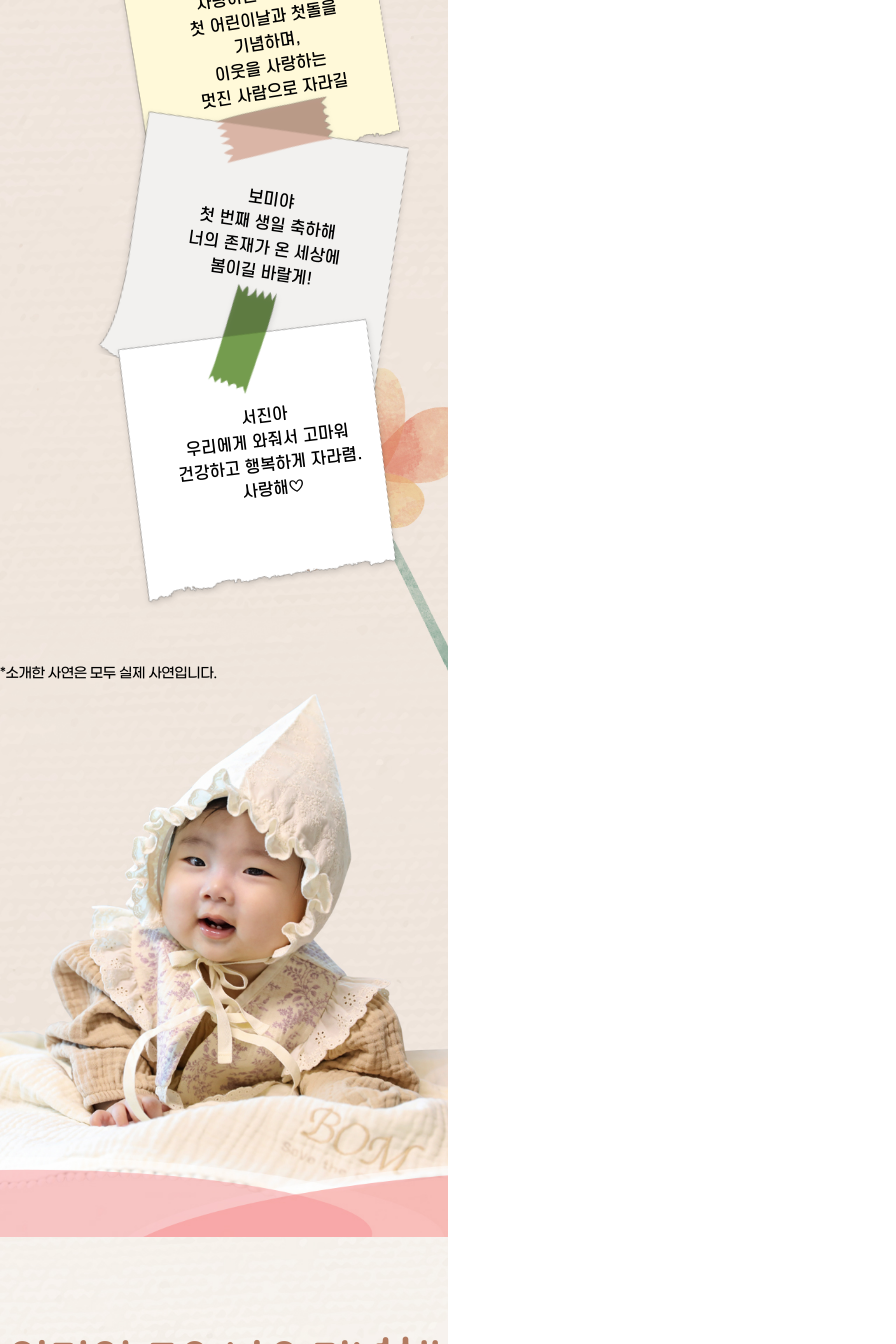
Repository: dlgywls1130/save_children_m
Page: index.html
An editor plug-in stored every save of this project. The page is shown before and after the next save, followed by the edit.
The browser window is 1280 px wide. The pictures show the part of the page from y = 1973 to 3893 px (the page is 9658 px tall), at 70% of full size.

Above is the page before, as saved 2023-12-13 19:13:13.

### index.html
<!DOCTYPE html>
<html lang="en">
<head>
    <meta charset="UTF-8">
    <meta name="viewport" content="width=device-width, initial-scale=1.0">
    <title>세이브더칠드런</title>

    <link rel="stylesheet" href="./css/reset.css">
    <link rel="stylesheet" href="./css/style.css">

</head>
<body>
    <div class="content_body">
        <section class="section_wrapper section01">
            <div class="se01 se_wrapper">
                <div class="se01_sub">
                    <div class="sub_logo">
                        <img src="./img/logo01.png" alt="logo">
                    </div>
                    <p>우리 아기 좋은 날 기부</p>
                </div>
                <p class="seo01_title">
                    아가야,
                </p>
                <p class="seo01_title_two">
                    너의 <span id="rollingText">탄생</span> 순간을 축하해!
                </p>
                <p class="section_descript mb-45">
                    아이의 건강과 행복을
                    <br>바라는 마음을 담아,
                    <br>탄생, 백일, 첫 걸음마, 첫돌 등
                    <br>내 아이의 소중한 순간을
                    <br>기부로 기념해보세요.
                    <br>함께 자라나는 다른 아이들
                    <br>에게도 큰 축복이 됩니다..
                </p>

                <a class="donation_link" href="javascript:void(0)">우리 아기 좋은 날 기부</a>
            </div>
        </section>
        <section class="section_wrapper section02">
            <div class="se02 se_wrapper">
                <div class="postit_wrapper">
                    <div class="postit postit01">
                        <p>우리 아들 우현이의<br>
                        200일을 축하해.<br>
                        건강하게 자라줘서 고마워 ❤<br>
                        늘 사랑받고 받은 사랑만큼<br>
                        베풀 수 있는 건강하고<br>
                        멋진 아들이 되길 바래!</p>
                    </div>
                    <div class="postit postit02">
                        <p>우리 새로아<Br>
                        백일 동안 무럭무럭 자라줘서<Br>
                        고마워~앞으로도 건강하고<Br>
                        우리 같이 재미있게 많이 놀자.<Br>
                        엄마,아빠가 많이 사랑해.</p>
                    </div>

                    <div class="postit postit05">
                        <p>사랑하는 도현이의<br>
                        첫 어린이날과 첫돌을<br>
                        기념하며, <br>
                        이웃을 사랑하는<br>
                        멋진 사람으로 자라길</p>

                    </div>
                    <div class="postit postit04">
                        <p>보미야<br>
                        첫 번째 생일 축하해<br>
                        너의 존재가 온 세상에<br>
                        봄이길 바랄게!   </p>
                    </div>

                    <div class="postit postit03">
                        <p>서진아<br>
                        우리에게 와줘서 고마워<br>
                        건강하고 행복하게 자라렴.<br>
                        사랑해♡      </p>
                    </div>

                </div>
                <p class="ex_text">*소개한 사연은 모두 실제 사연입니다.</p>

            </div>
        </section>
        <section class="section_wrapper section03">
            <div class="se_wrapper se03">
                <div class="se_title_co">
                    아기의 좋은 날을 기념해 주신 모든 분들께
                    <br>후원감사증서를 보내드립니다.
                </div>
                <div class="se_sub_co">
                    후원감사증서는 아기에게 남기고 싶은 메시지와 아기의 좋은 날이 담긴 사진을 보관할 수 있도록
                    <br>만들어드립니다. 먼 훗날, 아기가 성장해 읽게 될 날을 그리며 편지를 써보세요.
                </div>
            </div>

        </section>
        <section class="section_wrapper section04">
            <div class="se_wrapper se04">
                <div class="se_title_co">
                    이름 자수 순면거즈블랭킷
                </div>
                <div class="se_sub_co">
                    30만원 이상 후원하신 분들께는 순면 거즈 아기 블랭킷(90*110)에
                    <Br>원하시는 이름(영문)을 예쁘게 수놓아 드립니다.
                </div>

                <div class="se04_slide mt-85">
                    <div class="se04_slide_list">
                        <img src="./img/slide01.jpg">
                    </div>
                    <div class="se04_slide_list">
                        <img src="./img/slide02.jpg">
                    </div>
                    <div class="se04_slide_list">
                        <img src="./img/slide03.jpg">
                    </div>
                </div>
            </div>
        </section>
        <section class="section_wrapper section05">
            <div class="se_wrapper se05">
                <div class="se_title_co">
                    후원신청 과정
                </div>

                <div class="se_step_list">
                    <div class="se_step">
                        <p class="step_number">1</p>
                        <div class="step_ico">
                            <img src="./img/icon01.png" alt="img">
                        </div>
                        <p class="step_descript">
                            후원신청하기
                        </p>
                    </div>
                    <div class="se_step">
                        <p class="step_number">2</p>
                        <div class="step_ico">
                            <img src="./img/icon02.png" alt="img">
                        </div>
                        <p class="step_descript">
                            후원감사증서
                            <br>메시지 적기
                        </p>
                    </div>
                    <div class="se_step">
                        <p class="step_number">3</p>
                        <div class="step_ico">
                            <img src="./img/icon03.png" alt="img">
                        </div>
                        <p class="step_descript">
                            신청완료
                        </p>
                    </div>
                    <div class="se_step">
                        <p class="step_number">4</p>
                        <div class="step_ico">
                            <img src="./img/icon04.png" alt="img">
                        </div>
                        <p class="step_descript">
                            후원감사증서 발송
                            <Br>(1주 이내)
                        </p>
                    </div>
                </div>

                <div class="se_sub_co mt-100">
                    30만원 이상 후원해 주신 경우,
                    <br>감사 선물 수령 주소 및 아기 블랭킷에 새겨질 문구 확인을 위한 문자가 발송됩니다.
                </div>

                <a class="donation_link" href="javascript:void(0)">우리 아기 좋은 날 기부</a>
            </div>

        </section>
        <section class="section_wrapper section06">
            <div class="se_wrapper se06">
                <div class="se_title_co">
                    후원금, 이렇게 쓰여요!
                </div>
                <div class="se_sub_co">
                    세이브더칠드런은 <span>국내외 아동을 위한 교육,
                    <Br>보호, 보건영양지원, 아동권리옹호</span> 등의 활동을 해나가고 있습니다.
                </div>
                <div class="se_sub_co">
                    보내주신 후원금은 정치, 종교, 인종에 관계없이 모든 아이를 구해야 한다는
                    <Br>세이브더칠드런의 신념에 따라 <span>가장 도움 필요한 아이를 위해 우선 사용</span>됩니다.
                </div>
            </div>

        </section>
        <section class="section_wrapper section07">
            <div class="se_wrapper se07">
                <div class="se_title_co">
                    FAQ
                </div>
                <div class="accordion">
                    <div class="accordion-item">
                        <h3 class="title">
                            <span>1. 30만원 이상 후원했습니다. 거즈 순면 블랭킷은 언제 오나요?</span>
                            <img src="./img/top.png">
                        </h3>
                        <p class="paragraph">
                            우리아기 축하기부로 30만원 이상 후원자님들께는 담요에 수놓을 아기 이름과
                            <Br>선물 수령 주소 확인을 위한 문자가 발송됩니다.
                            <br>02-6900-4479로 발송되는 문자 속 설문조사에 답해주세요.
                            <br>확인을 완료하신 분들께는 블랭킷 제작을 담당하고 있는 조니 스튜디오에서
                            <br>아기 이름 자수 작업 완료 후 배송해 드립니다.

                        </p>
                    </div>
                    <div class="accordion-item">
                        <h3 class="title">
                            <span>2. 거즈 순면 블랭킷, 안전한 제품인가요?</span>
                            <img src="./img/top.png">
                        </h3>
                        <p class="paragraph">
                            본 블랭킷은 워싱된 3중 거즈로 제작되었으며, KC안전검사를 완료하였습니다.
                            소재 특성상 섬유 조각이 발생할 수 있어 망에 넣지 않고 3번 정도 물빨래 하시는 것을 권장합니다.

                        </p>
                    </div>
                    <div class="accordion-item">
                        <h3 class="title">
                            <span>3. 거즈 순면 블랭킷을 받았는 데 하자가 있어요. 어떻게 해야 하나요? </span>
                            <img src="./img/top.png">
                        </h3>
                        <p class="paragraph">
                            070-4220-4123 (조니스튜디오 CS)로 전화 연락 부탁드립니다. 하자 물품에 대한 교환은 수령일로부터 7일 이내에 조니스튜디오에 연락해주셔야 하며, 이로 인한 후원금 환불은 어렵습니다.
                        </p>
                    </div>
                    <div class="accordion-item">
                        <h3 class="title">
                            <span>4. 후원감사증서에 넣을 수 있는 사진 사이즈는 얼마인가요?</span>
                            <img src="./img/top.png">
                        </h3>
                        <p class="paragraph">
                            사진 인화 사이즈 5*7 인치에 맞추어서 제작되었습니다.  그보다 작은 사진일 경우, 후원감사증서
                            내부의 주머니에 넣어 보관하실 수도  있습니다.

                        </p>
                    </div>
                </div>
            </div>

        </section>
        <section class="section_wrapper section08">
            <div class="se_wrapper se08">
                <div class="se08_postion">
                    <p class="se08_title">우리 아기 좋은 날 기부</p>
                    <p class="se08_descript">
                        탄생, 백일, 첫 걸음마, 첫돌...
                        <br>소중한 우리 아기의 성장을 기념해 보세요!
                        <br>아기의 좋은 날이 모여 세상의 행복이 됩니다.
                    </p>
                    <a href="javascript:void(0)" class="more_btn">
                        <p>자세히보기</p>
                        <svg xmlns="http://www.w3.org/2000/svg" width="16" height="16" fill="currentColor" class="bi bi-chevron-right" viewBox="0 0 16 16">
                            <path fill-rule="evenodd" d="M4.646 1.646a.5.5 0 0 1 .708 0l6 6a.5.5 0 0 1 0 .708l-6 6a.5.5 0 0 1-.708-.708L10.293 8 4.646 2.354a.5.5 0 0 1 0-.708z"/>
                        </svg>
                    </a>
                </div>

            </div>
        </section>
    </div>

    <script src="https://ajax.googleapis.com/ajax/libs/jquery/1.12.4/jquery.min.js"></script>
    <script src="./js/main.js"></script>
</body>
</html>

### css/reset.css


html, body, div, span, applet, object, iframe,
h1, h2, h3, h4, h5, h6, p, blockquote, pre,
a, abbr, acronym, address, big, cite, code,
del, dfn, em, img, ins, kbd, q, s, samp,
small, strike, strong, sub, sup, tt, var,
b, u, i, center,
dl, dt, dd, ol, ul, li,
fieldset, form, label, legend,
table, caption, tbody, tfoot, thead, tr, th, td,
article, aside, canvas, details, embed,
figure, figcaption, footer, header, hgroup,
menu, nav, output, ruby, section, summary,
time, mark, audio, video {
	margin: 0;
	padding: 0;
	border: 0;
	font-size: 100%;
	font: inherit;
	vertical-align: baseline;
}

article, aside, details, figcaption, figure,
footer, header, hgroup, menu, nav, section {
	display: block;
}
body {
	line-height: 1;
}
ol, ul {
	list-style: none;
}
blockquote, q {
	quotes: none;
}
blockquote:before, blockquote:after,
q:before, q:after {
	content: '';
	content: none;
}
table {
	border-collapse: collapse;
	border-spacing: 0;
}

Loaded but not shown: js/main.js (46 lines, source omitted); css/style.css (692 lines, source omitted)

After the next save:
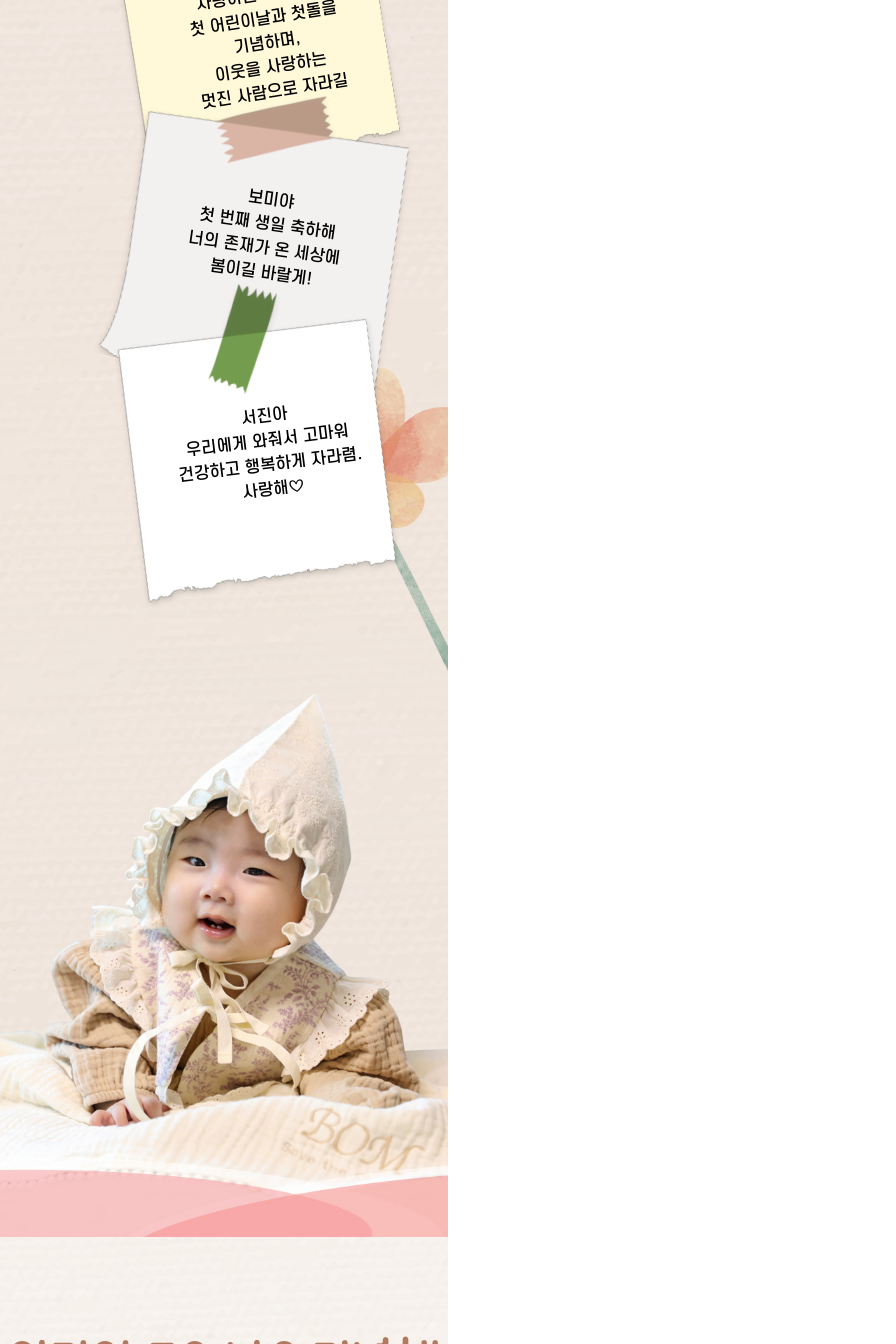
Saved 26 s later.
--- a/index.html
+++ b/index.html
@@ -80,7 +80,6 @@
                     </div>
 
                 </div>
-                <p class="ex_text">*소개한 사연은 모두 실제 사연입니다.</p>
 
             </div>
         </section>
